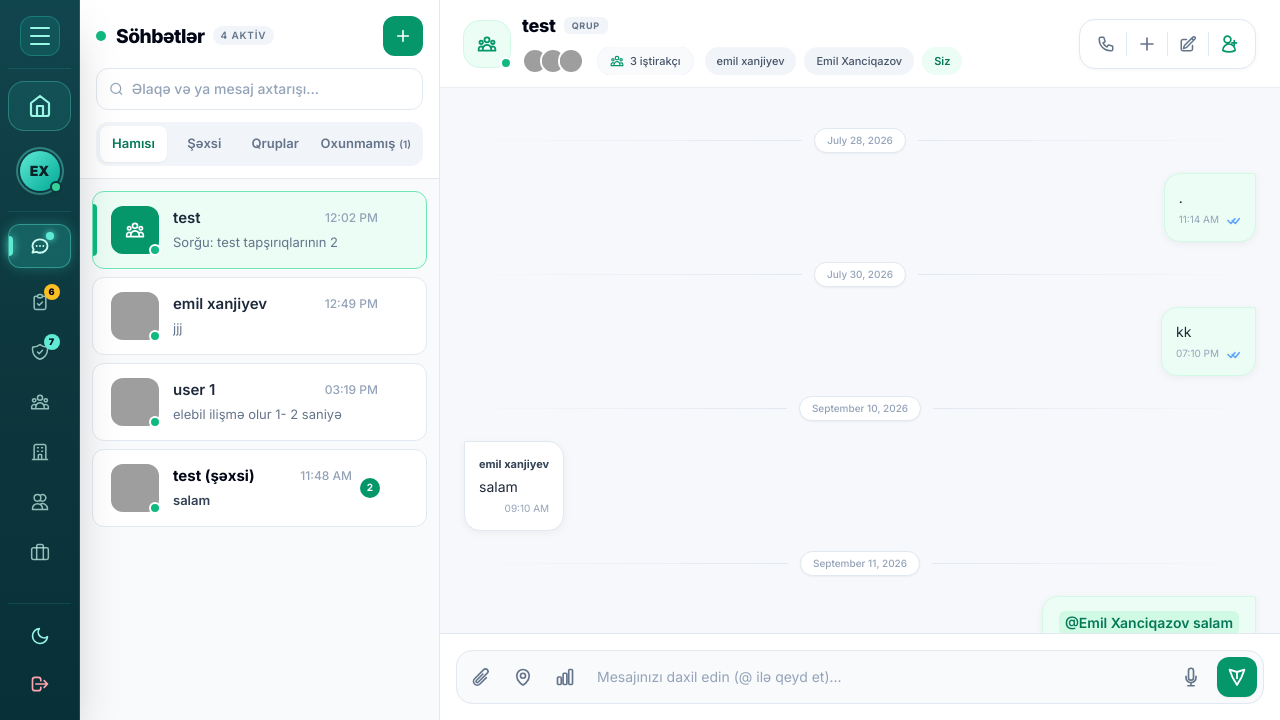
Repository: Murad-Ahmedov7/ticket-app
Page: /
An editor plug-in stored every save of this project. The page is shown before and after the next save, followed by the edit.
The browser window is 1280 px wide. The pictures show the whole page.
Pictures or frames that could not be fetched are drawn as grey boxes. An inner scrolling area shows only its first screen. The project was rebuilt for these pictures with package versions that can differ from the ones it lists, and the page was loaded fresh each time. Also part of the build but not shown: vite.config.js, src/components/chat/ReplyQuote.jsx, src/components/chat/ReactionPicker.jsx, src/components/tasks/TaskKanban.jsx, src/components/tasks/TaskCalendar.jsx, src/components/modals/AudioCallModal.jsx, src/utils/pollOptionDrag.js, src/components/modals/PollModal.jsx and 13 more.

Above is the page before, as saved 2026-09-30 22:23:23.

After the next save:
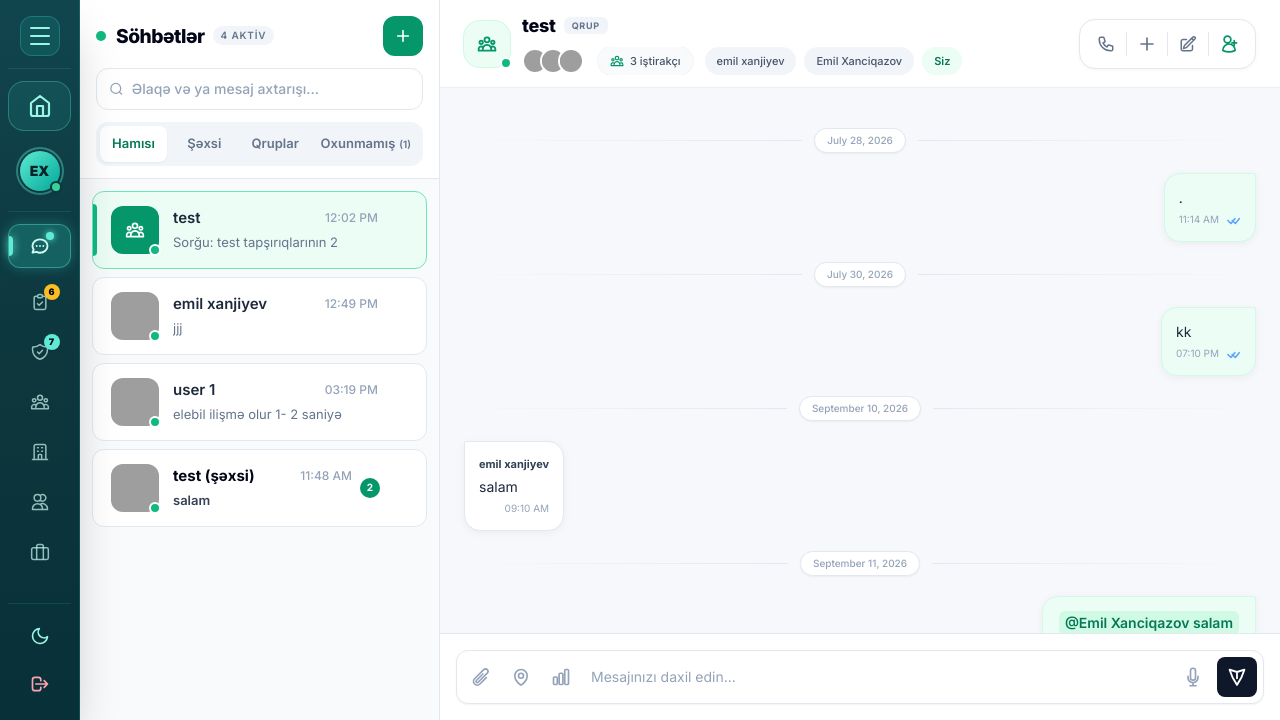
Saved 7 s later.
--- a/src/components/chat/MessageComposer.jsx
+++ b/src/components/chat/MessageComposer.jsx
@@ -73,12 +73,10 @@ export default function MessageComposer({
             type="button"
             onClick={onCancelReply}
             title="Cavabı ləğv et"
-            aria-label="Cavabı ləğv et"
             className="
               flex
               h-9
               w-9
-              shrink-0
               items-center
               justify-center
               rounded-lg
@@ -87,7 +85,6 @@ export default function MessageComposer({
               hover:bg-slate-100
               hover:text-slate-700
               dark:hover:bg-slate-800
-              dark:hover:text-slate-200
             "
           >
             <Icon name="close" />
@@ -115,33 +112,31 @@ export default function MessageComposer({
             relative
             flex
             items-center
-            gap-1.5
-            rounded-2xl
+            gap-1
+            rounded-xl
             border
             border-slate-200
-            bg-slate-50
+            bg-white
             p-1.5
+            shadow-sm
             dark:border-slate-700
             dark:bg-slate-800
           "
         >
-          {/* FILE */}
           <button
             type="button"
             onClick={() =>
               fileInput.current?.click()
             }
             className="
-              rounded-xl
+              rounded-lg
               p-2
-              text-slate-500
-              transition
-              hover:bg-white
-              hover:text-slate-800
+              text-slate-400
+              transition
+              hover:bg-slate-100
+              hover:text-slate-700
               dark:hover:bg-slate-700
-              dark:hover:text-slate-100
-            "
-            title="Fayl və ya sənəd əlavə et"
+            "
           >
             <Icon
               name="attachment"
@@ -162,21 +157,18 @@ export default function MessageComposer({
             }}
           />
 
-          {/* LOCATION */}
           <button
             type="button"
             onClick={onLocation}
             className="
-              rounded-xl
+              rounded-lg
               p-2
-              text-slate-500
-              transition
-              hover:bg-white
-              hover:text-slate-800
+              text-slate-400
+              transition
+              hover:bg-slate-100
+              hover:text-slate-700
               dark:hover:bg-slate-700
-              dark:hover:text-slate-100
-            "
-            title="Məkan paylaş"
+            "
           >
             <Icon
               name="location"
@@ -184,21 +176,18 @@ export default function MessageComposer({
             />
           </button>
 
-          {/* POLL */}
           <button
             type="button"
             onClick={onPoll}
             className="
-              rounded-xl
+              rounded-lg
               p-2
-              text-slate-500
-              transition
-              hover:bg-white
-              hover:text-slate-800
+              text-slate-400
+              transition
+              hover:bg-slate-100
+              hover:text-slate-700
               dark:hover:bg-slate-700
-              dark:hover:text-slate-100
-            "
-            title="Sorğu təşkil et"
+            "
           >
             <Icon
               name="poll"
@@ -206,7 +195,6 @@ export default function MessageComposer({
             />
           </button>
 
-          {/* TEXT */}
           <textarea
             ref={input}
             rows="1"
@@ -222,7 +210,7 @@ export default function MessageComposer({
                 submit(e);
               }
             }}
-            placeholder="Mesajınızı daxil edin (@ ilə qeyd et)..."
+            placeholder="Mesajınızı daxil edin..."
             className="
               min-w-0
               w-0
@@ -237,12 +225,10 @@ export default function MessageComposer({
               placeholder:text-slate-400
               focus:outline-none
               dark:text-slate-100
-              dark:placeholder:text-slate-500
               md:text-sm
             "
           />
 
-          {/* MIC */}
           <button
             type="button"
             onClick={() => {
@@ -259,7 +245,7 @@ export default function MessageComposer({
               );
             }}
             className={`
-              rounded-xl
+              rounded-lg
               p-2.5
               transition
 
@@ -269,18 +255,15 @@ export default function MessageComposer({
                     animate-pulse
                     bg-rose-50
                     text-rose-500
-                    dark:bg-rose-950/30
                   `
                   : `
-                    text-slate-500
-                    hover:bg-white
-                    hover:text-slate-800
+                    text-slate-400
+                    hover:bg-slate-100
+                    hover:text-slate-700
                     dark:hover:bg-slate-700
-                    dark:hover:text-slate-100
                   `
               }
             `}
-            title="Səsli mesaj yaz"
           >
             <Icon
               name="mic"
@@ -288,28 +271,23 @@ export default function MessageComposer({
             />
           </button>
 
-          {/* SEND */}
           <button
             type="submit"
             className="
-              rounded-xl
-              bg-emerald-600
+              rounded-lg
+              bg-slate-900
               p-2.5
               text-white
-              shadow-sm
-              transition
-              hover:bg-emerald-700
+              transition
+              hover:bg-slate-800
               active:scale-95
-            "
-            title="Göndər"
+              dark:bg-emerald-600
+              dark:hover:bg-emerald-700
+            "
           >
             <Icon
               name="send"
-              className="
-                h-5
-                w-5
-                rotate-90
-              "
+              className="h-5 w-5 rotate-90"
               strokeWidth={2.2}
             />
           </button>
